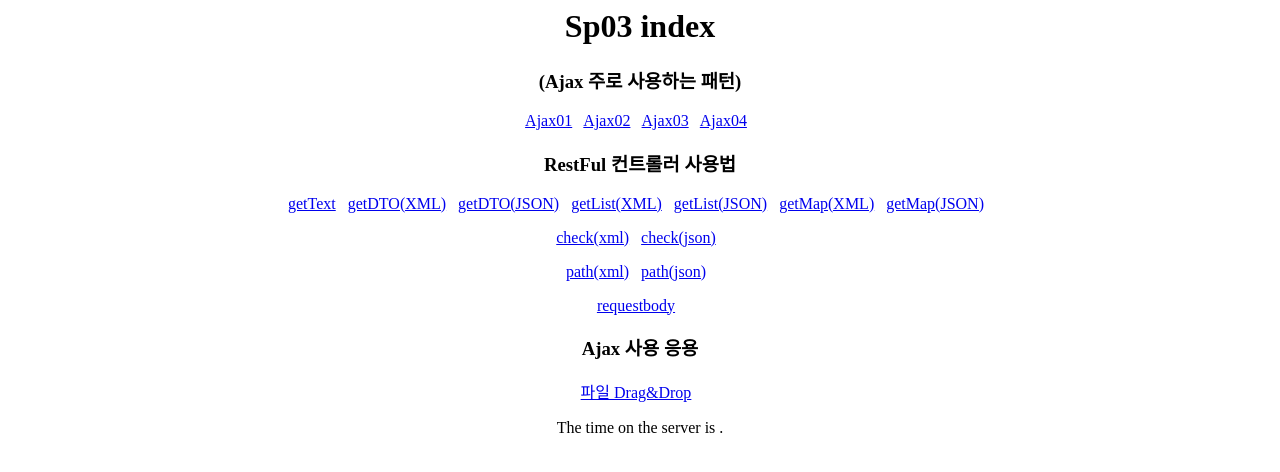
Repository: betweenhj702/Spring-practice-in-bit
Page: http://localhost/Sp03/WEB-INF/views/index.jsp
An editor plug-in stored every save of this project. The page is shown before and after the next save, followed by the edit.
The browser window is 1280 px wide. The pictures show the whole page.
The page is served by Tomcat 9. Nobody is signed in. The template is opened directly, without the code that normally fills it, so the values that code supplies are empty.

Above is the page before, as saved 2021-01-26 03:13:54.

After the next save:
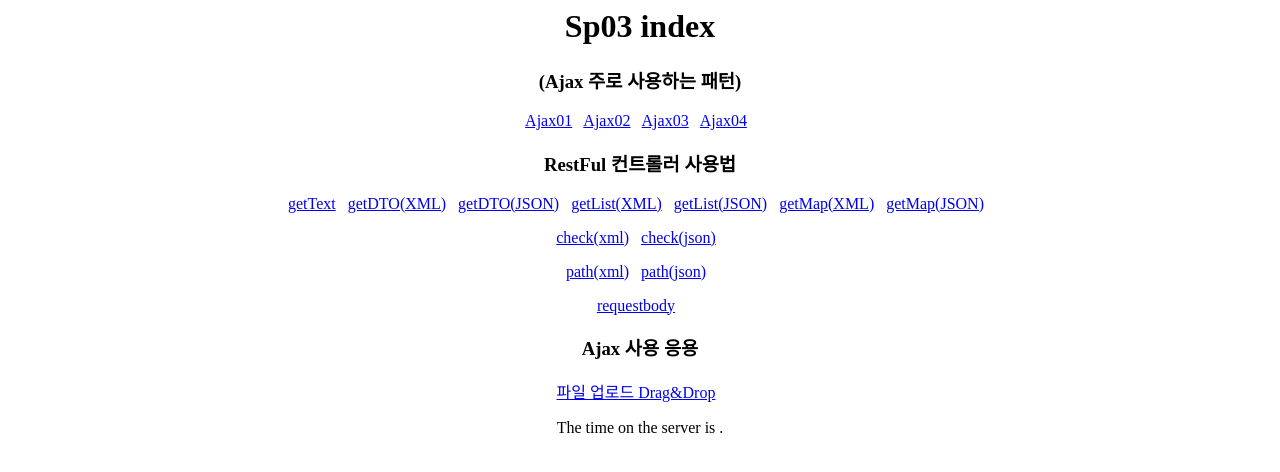
Saved 6 s later.
--- a/workspace/Sp03/src/main/webapp/WEB-INF/views/index.jsp
+++ b/workspace/Sp03/src/main/webapp/WEB-INF/views/index.jsp
@@ -38,7 +38,7 @@
 		   </p>
 		    <p>
 		    	<h3>Ajax 사용 응용</h3>
-		   		<a href="file/list.do">파일 Drag&Drop</a>&nbsp;&nbsp;
+		   		<a href="file/list.do">파일 업로드 Drag&Drop</a>&nbsp;&nbsp;
 
 		   </p>
 		   <P>  The time on the server is ${serverTime}. </P>
